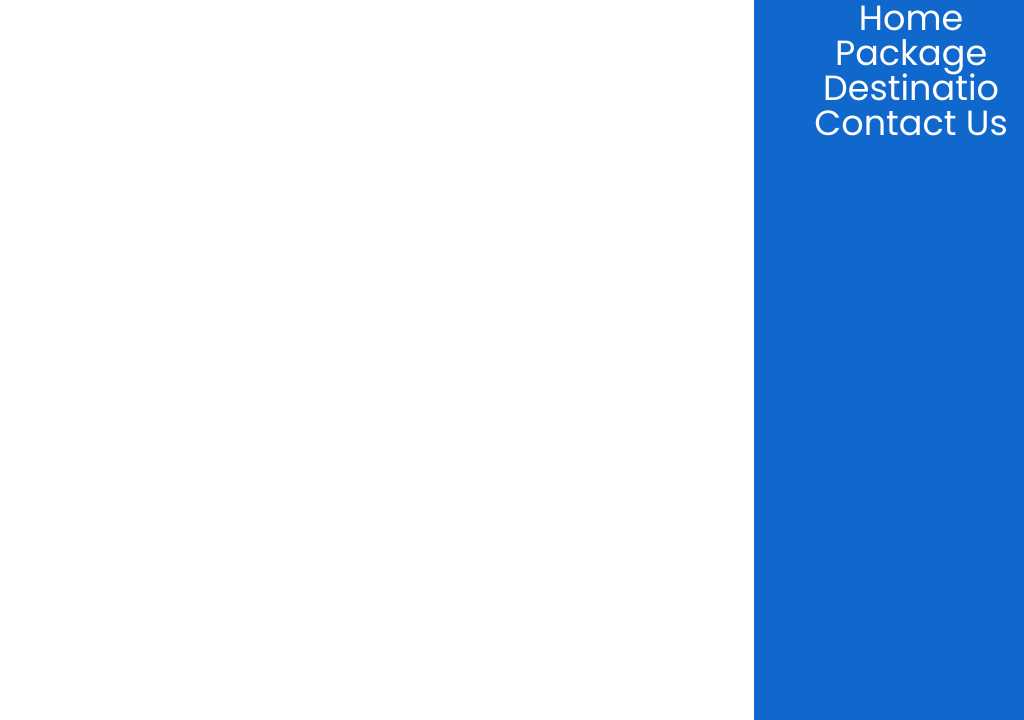
Repository: iamwind-dev/QLTourDuLich
Page: http://localhost/
An editor plug-in stored every save of this project. The page is shown before and after a run of saves, followed by the edit.
The browser window is 1024 px wide. The pictures show the whole page.
Some web fonts or font styles are not loaded; a fallback is used. The page is run by PHP 8.4 with error messages shown; the project is at /var/www/html/.

Above is the page before, as saved 2023-11-06 01:24:49.

### index.php
<!DOCTYPE htmL>
<html>

<head>
    <meta charset="utf-8">
    <meta name="viewport" content="width=device-width, initial-scale=1" > <title>Complete Travel Website Html Css
    </title>
    <link rel="stylesheet" type="text/css" href="./css/style.css">
    <link rel="stylesheet" href="https://unpkg.com/boxicons@latest/css/boxicons.min.css">
    <link rel="preconnect" href="https://fonts-googleapis.com" >
    <link rel="preconnect" href="https://fonts.gstatic.com" crossorigin>
    <link href="https://fonts.googleapis.com/css2?family=Paytone+One&family=Poppins:wght@100;200;300;400;500;600;700;800;900&display=swap" rel="stylesheet">
</head>
<body>
<!-- header -->

<header>
    <a href="#" class="logo">Travel</a>
    <div class="bx bx-menu" id="menu-icon">
        <ul class="navbar">
            <li><a href="#"></a>Home</li>
            <li><a href="#"></a>Package</li>
            <li><a href="#"></a>Destinatio</li>
            <li><a href="#"></a>Contact Us</li>
        </ul>
    </div>
</header>


<!-- link to JS -->
  <script type="text/javascript" src="./js/script.js"></script>
</body>

</html>

### css/style.css
* {
  padding: 0;
  margin: 0;
  box-sizing: border-box;
  font-family: "Poppins", sans-serif;
  text-decoration: none;
  list-style: none;
  scroll-behavior: smooth;
}
:root {
  --bg-color: #fff;
  --text-color: #221314;
  --second-color: #5a7184;
  --main-color: #6e54fa;
  --big-font: 6rem;
  --h2-font: 3rem;
  --p-font: 1.1rem;
}
body {
  background: var(--bg-color);
  color: var(--text-color);
}
header {
  position: fixed;
  top: 0;
  right: 0;
  width: 100%;
  z-index: 1000;
  display: flex;
  align-items: center;
  justify-content: space-between;
  background: transparent;
  padding: 30px 18%;
  transition: ease 0.4s;
}

.logo {
  font-size: 35px;
  font-weight: 600;
  letter-spacing: 1px;
  color: var(--bg-color);
}

.navbar {
  display: flex;
}

.navbar a {
  color: var(--bg-color);
  font-size: var(--p-font);
  font-weight: 500;
  padding: 10px 22px;
  border-radius: 4px;
  transition: ease 0.4s;
}

.navbar a:hover {
  background: var(--bg-color);
  color: var(--text-color);
  box-shadow: 5px 10px 30px rgb(85 85 85/20%);
  border-radius: 4px;
}

#menu-icon {
  color: var(--bg-color);
  font-size: 35px;
  z-index: 10001;
  cursor: pointer;
  display: none;
}

section {
  padding: 80px 18%;
}
.home {
  position: relative;
  width: 100%;
  height: 100vh;
  background: url(/img/wallpaperflare.com_wallpaper3.jpg);
  background-size: cover;
  background-position: center;
  display: grid;
  grid-template-columns: repeat(1, 1fr);
  align-items: center;
}
.home-text h1 {
  font-size: var(--big-font);
  line-height: 1.2;
  color: var(--bg-color);
  font-family: "Paytone One", sans-serif;
  letter-spacing: 4px;
  margin-bottom: 20px;
}

.home-text p {
  color: #ffffffbf;
  font-size: 20px;
  font-weight: 400;
  line-height: 38px;
  margin-bottom: 50px;
}
.home-btn {
  display: inline-block;
  font-size: 16px;
  padding: 15px 30px;
  background: #ffffffbf;
  color: var(--main-color);
  border-radius: 4px;
  transition: ease 0.4s;
}
.home-btn:hover {
  background: var(--bg-color);
  transform: scale(1.1);
}
header.sticky {
  background: var(--bg-color);
  padding: 10px 18%;
  box-shadow: rgba(33, 35, 38, 0.1) 0px 10px 10px -10px;
}
.sticky .logo {
  color: var(--text-color);
}
.sticky .navbar a {
  color: var(--text-color);
}
.text h2 {
  font-size: var(--h2-font);
  line-height: 1.1;
}

.row-items {
  display: grid;
  grid-template-columns: repeat(auto-fit, minmax(200px, auto));
  grid-gap: 2rem;
  align-items: center;
  text-align: center;
  margin-top: 5rem;
}
.container-box {
  background: var(--bg-color);
  border: 1px solid #f0eded;
  padding: 50px 10px;
  border-radius: 4px;
  transition: all 1s ease 0s;
  cursor: pointer;
}
.container-img img {
  height: 85px;
  width: 85px;
  padding: 15px;
  background: var(--bg-color);
  box-shadow: 5px 10px 30px rgb(219, 219, 214);
  border-radius: 4px;
  margin-bottom: 15px;
  cursor: pointer;
}
.container-box h4 {
  font-size: 24px;
  font-weight: 600;
  margin-bottom: 8px;
}

.container-box p {
  font-size: 15px;
  color: var(--second-color);
}
.container-box:hover {
  box-shadow: 5px 30px 56.1276px rgb(160, 159, 159);
  border: 1px solid transparent;
  transform: translateY(-3px);
}
.title {
  text-align: center;
}
.title h2 {
  font-size: var(--h2-font);
  line-height: 1.2;
}

.package-content {
  display: grid;
  grid-template-columns: repeat(auto-fit, minmax(200px, auto));
  grid-gap: 2rem;
  align-items: center;
  margin-top: 5rem;
}
.thum {
  position: relative;
  transition: all 0.3s cubic-bezier(0.445, 0.05, 0.55.95);
  will-change: filter;
  cursor: pointer;
}
.thum img {
  width: 100%;
  height: 500;
  object-fit: cover;
  border-radius: 15px;
  filter: brightness(80%);
  transition: all 0.3s cubic-bezier(0.495, 0.05, 0.55, 0.95);
  will-change: filter;
}

.thum h3 {
  position: absolute;
  font-size: 25px;
  font-weight: 600;
  text-align: right;
  color: var(--bg-color);
  top: 20px;
  right: 20px;
}
.dest-content {
  display: flex;
  flex-wrap: wrap;
  align-items: center;
  justify-content: space-between;
  padding-top: 24px;
}

.stars i {
  color: var(--main-color);
  font-size: 20px;
}

.location h4 {
  font-size: 24px;
  font-weight: 600;
  margin-bottom: 8px;
}

.location p {
  font-size: 15px;
  color: var(--second-color);
}

.thum img:hover {
  filter: brightness(80%);
  transform: scale(1.04);
}
.destination-content {
  display: grid;
  grid-template-columns: repeat(auto-fit, minmax(250px, auto));
  grid-gap: 2rem;
  align-items: center;
  margin-top: 5rem;
}
.col-content {
  position: relative;
}
.col-content img {
  width: 100%;
  height: 500;
  object-fit: cover;
  border-radius: 15px;
  filter: brightness(80%);
  transition: all 0.3s cubic-bezier(0.495, 0.05, 0.55, 0.95);
  will-change: filter;
}

.col-content h5 {
  position: absolute;
  font-size: 22px;
  font-weight: 500;
  color: var(--bg-color);
  left: 15px;
  bottom: 60px;
}

.col-content p {
  position: absolute;
  font-size: 15px;
  color: var(--bg-color);
  left: 15px;
  bottom: 30px;
  letter-spacing: 2px;
}

.col-content img:hover {
  filter: brightness(80%);
  transform: scale(1.04);
  cursor: pointer;
}
.newsletter {
  display: flex;
  flex-wrap: wrap;
  align-items: center;
  justify-content: space-between;
  grid-gap: 3rem;
}
.news-text h2 {
  font-size: var(--h2-font);
  margin-bottom: 5px;
}
.news-text p {
  font-size: var(--p-font);
  color: var(--second-color);
  line-height: 30px;
}
.newsletter form {
  max-width: 100%;
  width: 450px;
  position: relative;
}
.newsletter form input:first-child {
  display: inline-block;
  width: 100%;
  padding: 20px 150px 20px 30px;
  box-shadow: 5px 10px 30px rgb(219, 219, 214);
  outline: none;
  border: none;
  border-radius: 15px;
}
.newsletter form input:last-child {
  display: inline-block;
  position: absolute;
  outline: none;
  border: none;
  padding: 14px 30px;
  border-radius: 15px;
  background: var(--main-color);
  color: var(--bg-color);
  top: 6px;
  right: 6px;
  cursor: pointer;
}

#contact {
  background: var(--main-color);
}

.main {
  display: flex;
  flex-wrap: wrap;
}
.footer {
  padding: 20px 0;
}
.list {
  width: 25%;
}
.list h4 {
  font-size: 21px;
  color: var(--bg-color);
  margin-bottom: 30px;
  position: relative;
}
.list h4::before {
  content: "";
  position: absolute;
  height: 2px;
  width: 60px;
  left: 0;
  bottom: -10px;
  background: var(--bg-color);
}
.list ul li:not(last-child) {
  margin-bottom: 16px;
}
.list ul li a {
  color: #ffffffbf;
  font-size: var(--p-font);
  display: block;
  transition: 0.3s;
}

.list ul li a:hover {
  color: var(--bg-color);
  transform: translateX(14px);
}
.list .social a {
  height: 40px;
  width: 40px;
  background: var(--bg-color);
  color: var(--main-color);
  display: inline-flex;
  align-items: center;
  justify-content: center;
  font-size: 21px;
  border-radius: 15px;
  transition: 0.3s;
}

.list .social a:hover {
  transform: scale(1.1);
}
.end-text {
  text-align: center;
  padding-top: 90px;
}

.end-text p {
  color: var(--bg-color);
  font-size: 14px;
  letter-spacing: 2px;
}

@media (max-width: 1400px) {
  header {
    padding: 17px 3%;
    transition: 0.2s;
  }
  header.sticky {
    padding: 10px 3%;
    transition: 0.2s;
  }
  section {
    padding: 80px 3%;
    transition: 0.2s;
  }
  :root {
    --big-font: 4.5rem;
    --h2-font: 2.3rem;
    --p-font: 1rem;
    transition: 0.2s;
  }
}
@media (max-width: 1040px) {
  #menu-icon {
    display: block;
  }
  .stick #menu-icon {
    color: var(--text-color);
  }
  .home {
    height: 88vh;
  }
  .navbar {
    position: absolute;
    top: 0;
    right: 0;
    width: 270px;
    height: 120vh;
    background: #1067cc;
    display: flex;
    flex-direction: column;
    align-items: center;
    padding:
  }
}

### js/script.js
const header = document.querySelector("header");

window.addEventListener("scroll", function () {
    header.classList.toggle("sticky", window.scrollY>0);
})

After the next 5 saves:
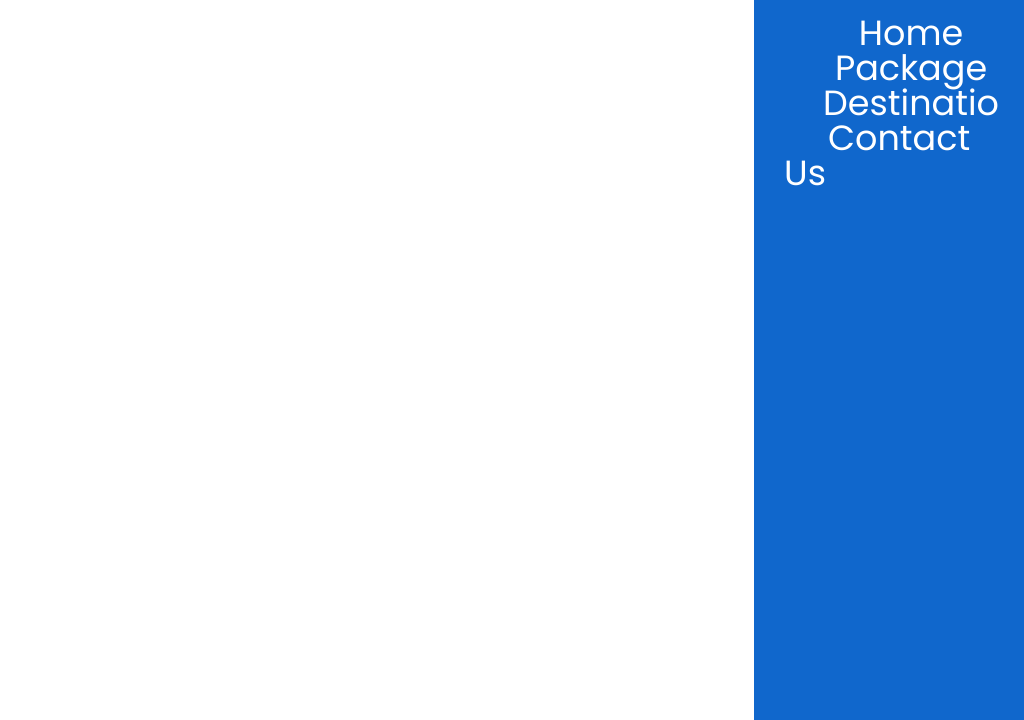
The 5 saves are shown as one change because they came seconds apart.
The last was saved 14 s later.
--- a/css/style.css
+++ b/css/style.css
@@ -434,6 +434,7 @@ header.sticky {
     display: flex;
     flex-direction: column;
     align-items: center;
-    padding:
-  }
-}
+    padding:15px 30px;
+    transition: ;
+  }
+}
